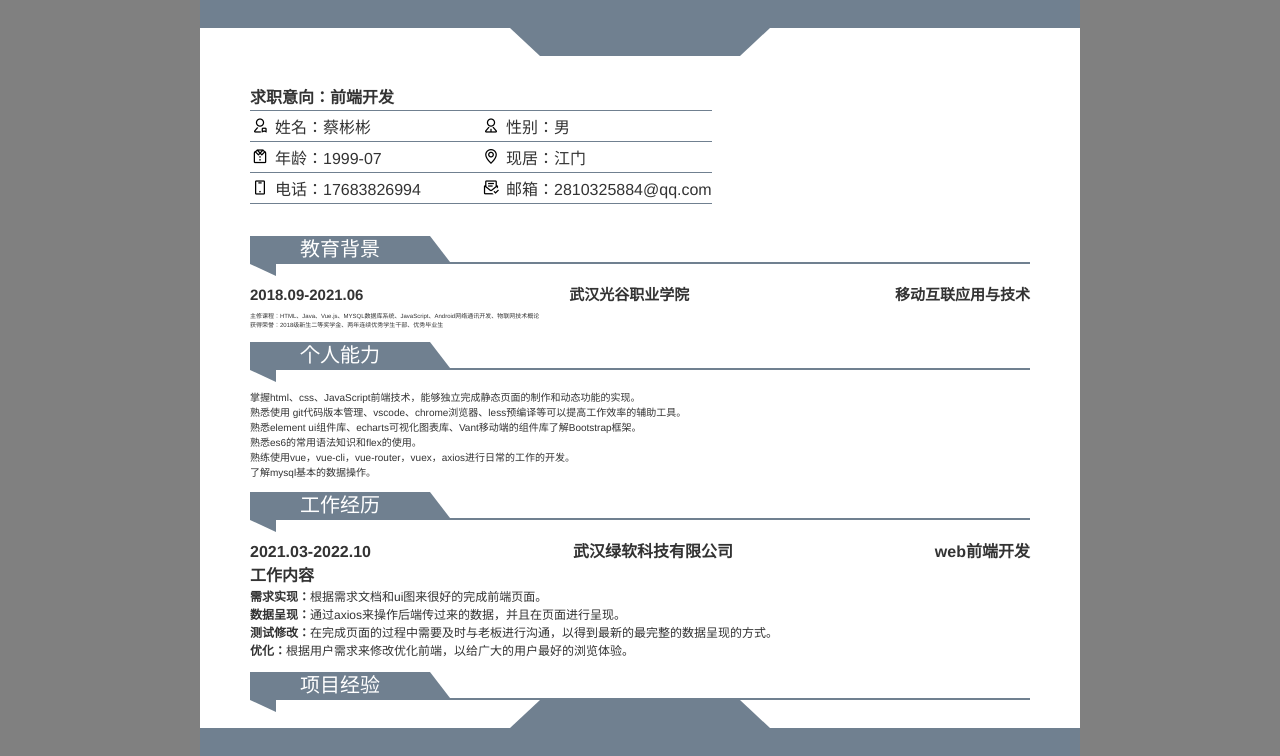
Repository: xiaobingezai/resume
Page: index.html
An editor plug-in stored every save of this project. The page is shown before and after the next save, followed by the edit.
The browser window is 1280 px wide. The pictures show the whole page.

Above is the page before, as saved 2022-11-03 01:08:10.
Console error: TypeError: Cannot set properties of null (setting 'innerHTML')

### index.html
<!DOCTYPE html>
<html lang="en">

<head>
    <meta charset="UTF-8">
    <meta http-equiv="X-UA-Compatible" content="IE=edge">
    <meta name="viewport" content="width=device-width, initial-scale=1.0">
    <title>Document</title>
    <link rel="stylesheet" href="css/index.css">
    <link rel="stylesheet" href="./iconfont/iconfont.css">
</head>

<body>
    <div class="wrapper" id="zhengTi">
        <div class="tiXing1"></div>
        <div id="head">
            <!-- 个人信息 -->
            <div class="geRenXinXi">
                <ul>
                    <li><h4>求职意向：前端开发</h4></li>
                    <li><div></span><span class="iconfont icon-office-supplies"></span><span>姓名：蔡彬彬</span></div><div></span><span class="iconfont icon-bussiness-man"></span>性别：男<span></span></div></li>
                    <li><div></span><span class="iconfont icon-apparel"></span><span>年龄：1999-07</span></div><div></span><span class="iconfont icon-map"></span><span>现居：江门</span></div></li>
                    <li><div></span><span class="iconfont icon-mobile-phone"></span><span>电话：17683826994</span></div><div></span><span class="iconfont icon-tradealert"></span><span>邮箱：2810325884@qq.com</span></div></li>
                </ul>
            </div>
            <!-- 教育背景 -->
            <div id="content">
                    <div class="zhuangShiTuPian"><samp>教育背景</samp></div>
                    <p class="jiShu1"><span>2018.09-2021.06</span><span>武汉光谷职业学院</span><span>移动互联应用与技术</span></p>
                    <p>主修课程：HTML、Java、Vue.js、MYSQL数据库系统、JavaScript、Android网络通讯开发、物联网技术概论</p>
                    <p>获得荣誉：2018级新生二等奖学金、两年连续优秀学生干部、优秀毕业生</p>
            </div>
            <!-- 个人能力 -->
            <div id="tail">
                <div class="zhuangShiTuPian"><samp>个人能力</samp></div>
                <ul>
                    <li>掌握html、css、JavaScript前端技术，能够独立完成静态页面的制作和动态功能的实现。</li>
                    <li>熟悉使用 git代码版本管理、vscode、chrome浏览器、less预编译等可以提高工作效率的辅助工具。 </li>
                    <li>熟悉element ui组件库、echarts可视化图表库、Vant移动端的组件库了解Bootstrap框架。 </li>
                    <li>熟悉es6的常用语法知识和flex的使用。</li>
                    <li>熟练使用vue，vue-cli，vue-router，vuex，axios进行日常的工作的开发。</li>
                    <li>了解mysql基本的数据操作。</li>
                </ul>
            </div>
            <!-- 工作经历 -->
            <div class="gongZuoJingLi">
                <div class="zhuangShiTuPian"><samp>工作经历</samp></div>
                <div><span>2021.03-2022.10</span><span>武汉绿软科技有限公司 </span><span>web前端开发</span></div>
                <ul>
                    <h4>工作内容</h4>
                    <li><b>需求实现：</b>根据需求文档和ui图来很好的完成前端页面。</li>
                    <li><b>数据呈现：</b>通过axios来操作后端传过来的数据，并且在页面进行呈现。</li>
                    <li><b>测试修改：</b>在完成页面的过程中需要及时与老板进行沟通，以得到最新的最完整的数据呈现的方式。</li>
                    <li><b>优化：</b>根据用户需求来修改优化前端，以给广大的用户最好的浏览体验。</li>
                </ul>
            </div>
            <!-- 项目经验 -->
            <div class="xiangMuJingYan">
                <div class="zhuangShiTuPian"><samp>项目经验</samp></div>
            </div>
        </div>

        <!-- 底部 -->
        <div class="tiXing2"></div>
    </div>
    <script src="./js/index.js"></script>
</body>

</html>

### css/index.css
/* 清除默认样式的代码 */
/* 去除常见标签默认的 margin 和 padding */
body,
h1,
h2,
h3,
h4,
h5,
h6,
p,
ul,
ol,
li,
dl,
dt,
dd,
input {
    margin: 0;
    padding: 0;
}

/* 內减模式 */
* {
    box-sizing: border-box;
}

/* 设置网页统一的字体大小、行高、字体系列相关属性 */
body {
    font: 16px/1.5 "Helvetica Neue", Helvetica, Arial, "Microsoft Yahei",
        "Hiragino Sans GB", "Heiti SC", "WenQuanYi Micro Hei", sans-serif;
    color: #333;
}

/* 去除列表默认样式 */
ul,
ol {
    list-style: none;
}

/* 去除默认的倾斜效果 */
em,
i {
    font-style: normal;
}

/* 去除a标签默认下划线，并设置默认文字颜色 */
a {
    text-decoration: none;
    color: #333;
}

/* 设置img的垂直对齐方式为居中对齐，去除img默认下间隙 */
img {
    vertical-align: middle;
}

/* 去除input默认样式 */
input {
    border: none;
    outline: none;
    color: #333;
}

/* 左浮动 */
.fl {
    float: left;
}

/* 右浮动 */
.fr {
    float: right;
}

/* 双伪元素清除法 */
.clearfix::before,
.clearfix::after {
    content: "";
    display: table;
}

.clearfix::after {
    clear: both;
}

/* 版心居中 */
.wrapper {
    width: 880px;
    margin: 0 auto;
}

body{
    background-color: rgba(128, 128,128);
}
/* 装饰横条背景 */
.zhuangShiTuPian {
    position: relative;
    text-align: center;
    line-height: 30px;
    font-size: 20px;
    color: #fff;
    width: 780px;
    height: 40px;
    border-bottom: 2px solid #708090;
}
.zhuangShiTuPian::after {
    content: '';
    position: absolute;
    left: 0px;
    top: 40px;
    width: 0;
    height: 0;
    border-width: 0 26px 12px 0;
    border-style: solid;
    border-color: transparent #708090;
}
.zhuangShiTuPian samp {
    display: block;
    width: 200px;
    height: 0;
    padding-top: 12px;
    border-bottom: 26px solid #708090;
    border-right: 20px solid transparent;
}

/* 最外层的盒子的样式设置 */
#zhengTi {
    background-color: #fff;
    border-top: 28px solid #708090 ;
    border-bottom: 28px solid #708090 ;
}
#zhengTi .tiXing1 {
    width: 260px;
    height: 0;
    margin: 0 auto;
    border-top: 28px solid #708090;
    border-left: 30px solid transparent;
    border-right: 30px solid transparent;
}
#zhengTi .tiXing2 {
    width: 260px;
    height: 0;
    margin: 0 auto;
    border-bottom: 28px solid #708090;
    border-left: 30px solid transparent;
    border-right: 30px solid transparent;
}

/* head的区域 */
#zhengTi #head {
    margin-left: 50px;
    margin-right: 50px;
}
/* 个人信息 */
#zhengTi #head .geRenXinXi {
    margin-top: 30px;
}
#zhengTi #head .geRenXinXi li{
    width: 462px;
    border-bottom: 1px solid #708090;
}
#zhengTi #head .geRenXinXi li .iconfont {
    font-size: 20px;
    color: #000;
    margin-right: 5px;
}
#zhengTi #head .geRenXinXi li {
    display: flex;
}
#zhengTi #head .geRenXinXi li div {
    flex: 1;
}

/* 教育背景 */
#zhengTi #head #content {
    margin-top: 20px;
}
#zhengTi #head #content .jiShu1 {
    margin-top: 20px;
    margin-bottom: 5px;
    display: flex;
    justify-content: space-between;
    font-weight: 800;
    font-size: 15px;
}
#zhengTi #head #content p {
    font-size: 6px;
}

/* 个人能力 */
#zhengTi #head #tail ul {
    margin-top: 20px;
}
#zhengTi #head #tail ul li {
    font-size: 10px;
}

/* 工作经历 */
#zhengTi #head .gongZuoJingLi div:nth-child(2){
    margin-top: 20px;
    font-weight: 800;
    display: flex;
    justify-content: space-between;
}
#zhengTi #head .gongZuoJingLi li {
    font-size: 12px;
}

### iconfont/iconfont.css
@font-face {
  font-family: "iconfont"; /* Project id 3746240 */
  src: url('iconfont.woff2?t=1667411973755') format('woff2'),
       url('iconfont.woff?t=1667411973755') format('woff'),
       url('iconfont.ttf?t=1667411973755') format('truetype');
}

.iconfont {
  font-family: "iconfont" !important;
  font-size: 16px;
  font-style: normal;
  -webkit-font-smoothing: antialiased;
  -moz-osx-font-smoothing: grayscale;
}

.icon-Similarproducts:before {
  content: "\e766";
}

.icon-trust:before {
  content: "\e76b";
}

.icon-viewlist:before {
  content: "\e76d";
}

.icon-usercenter:before {
  content: "\e773";
}

.icon-bussiness-man:before {
  content: "\e6ef";
}

.icon-apparel:before {
  content: "\e743";
}

.icon-mobile-phone:before {
  content: "\e759";
}

.icon-map:before {
  content: "\e758";
}

.icon-office-supplies:before {
  content: "\e75a";
}

.icon-tradealert:before {
  content: "\e76a";
}

### js/index.js
let daoJiShi = document.querySelector('.daoJiShi');
            shiJian();
            function shiJian() {
                let time = new Date();
                let nian = time.getFullYear();
                let yue = time.getMonth();
                let ri = time.getDate();
                let h = time.getHours();
                let m = time.getMinutes();
                let s = time.getSeconds();
                let dangQianShiJian = '现在时间是：' + +nian + '年' + (yue + 1) + '月' + ri + '日' + h + '小时' + m + '分钟' + s + '秒' +
                    '。';
                daoJiShi.innerHTML = dangQianShiJian;
            }
            setInterval('shiJian()', 1000);

After the next save:
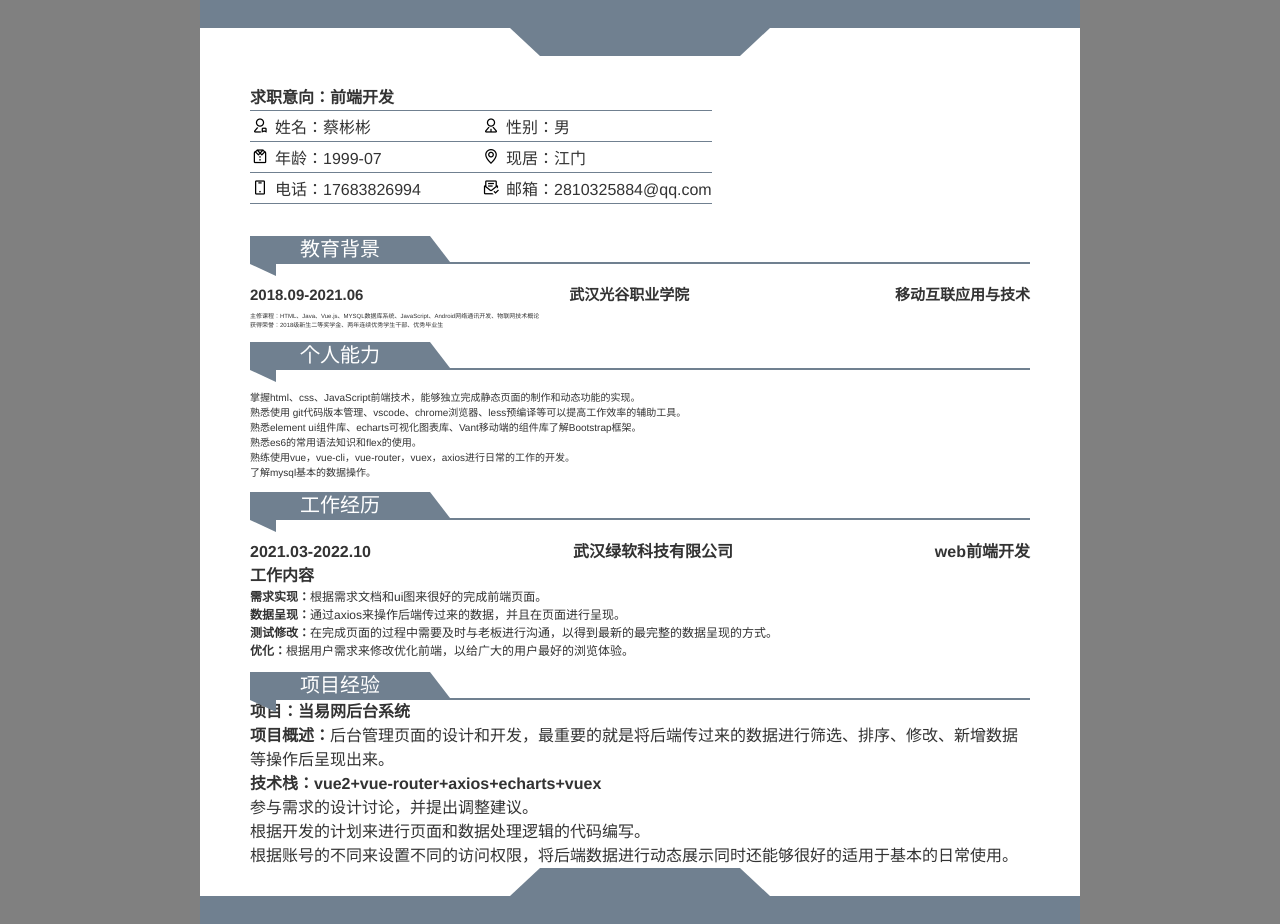
Saved 3 min 32 s later.
--- a/index.html
+++ b/index.html
@@ -57,6 +57,16 @@
             <!-- 项目经验 -->
             <div class="xiangMuJingYan">
                 <div class="zhuangShiTuPian"><samp>项目经验</samp></div>
+                <div>
+                    <h4>项目：当易网后台系统</h4>
+                    <p><b>项目概述：</b>后台管理页面的设计和开发，最重要的就是将后端传过来的数据进行筛选、排序、修改、新增数据等操作后呈现出来。</p>
+                    <p><b>技术栈：vue2+vue-router+axios+echarts+vuex</b></p>
+                    <ul>
+                        <li>参与需求的设计讨论，并提出调整建议。</li>
+                        <li>根据开发的计划来进行页面和数据处理逻辑的代码编写。 </li>
+                        <li>根据账号的不同来设置不同的访问权限，将后端数据进行动态展示同时还能够很好的适用于基本的日常使用。</li>
+                    </ul>
+                </div>
             </div>
         </div>
 
